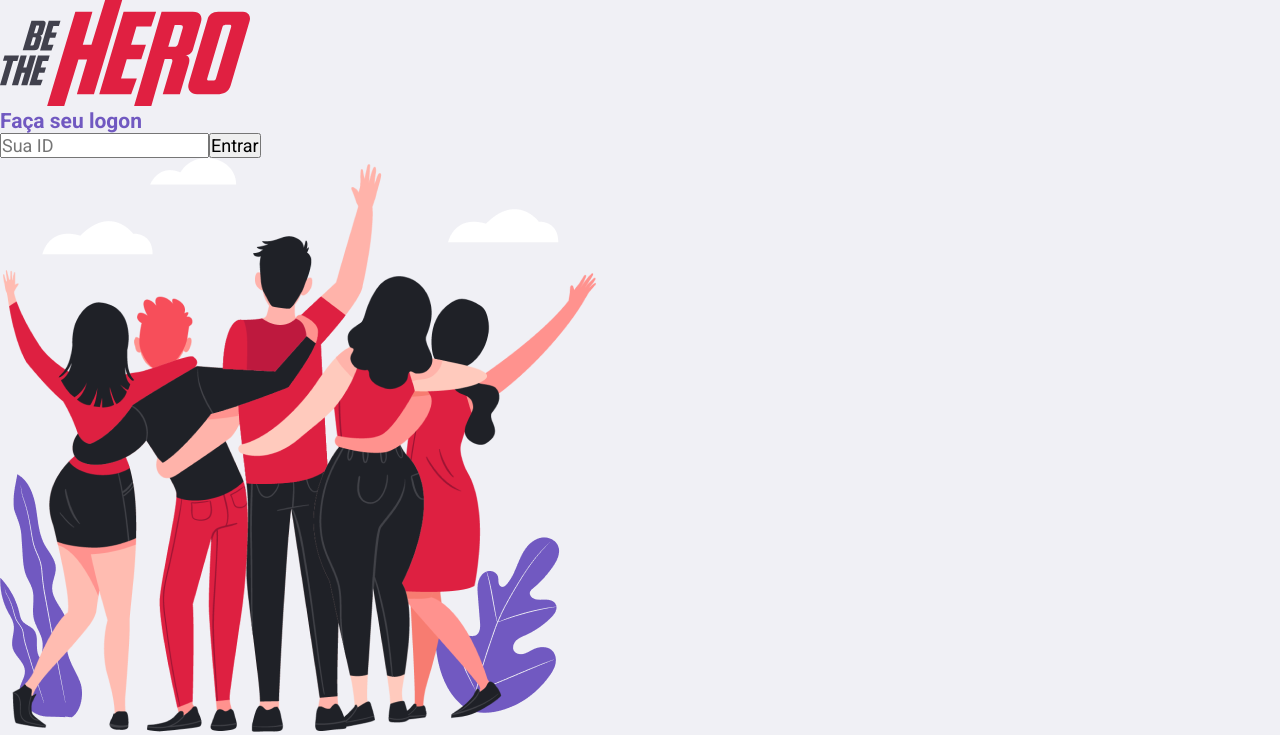
Repository: s7Thiago/semana-omnistack-11.0
Page: / (app in front-end/)
These files come from the project's save history. The page is drawn as it stood at one moment and after the next save; the edit follows.
The browser window is 1280 px wide. The pictures show the whole page.
The project was rebuilt for these pictures with package versions that can differ from the ones it lists, and the page was loaded fresh each time.

Above is the page before, as saved 2020-03-26 20:08:43.

After the next save:
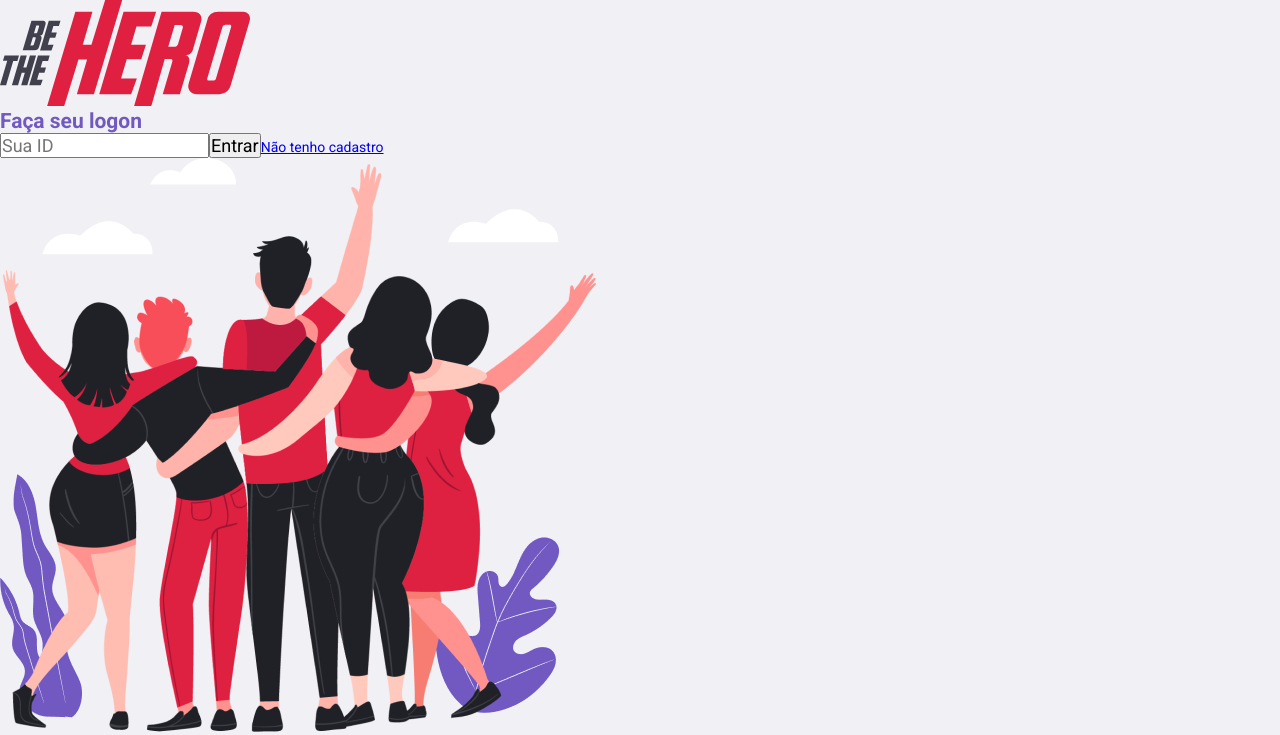
Saved 55 s later.
--- a/front-end/src/pages/Logon/index.js
+++ b/front-end/src/pages/Logon/index.js
@@ -17,6 +17,8 @@ export default function Logon() {
                     <h1>Faça seu logon</h1>
                     <input placeholder="Sua ID" />
                     <button type="submit">Entrar</button>
+
+                    <a href="/register">Não tenho cadastro</a>
                 </form>
 
             </section>
